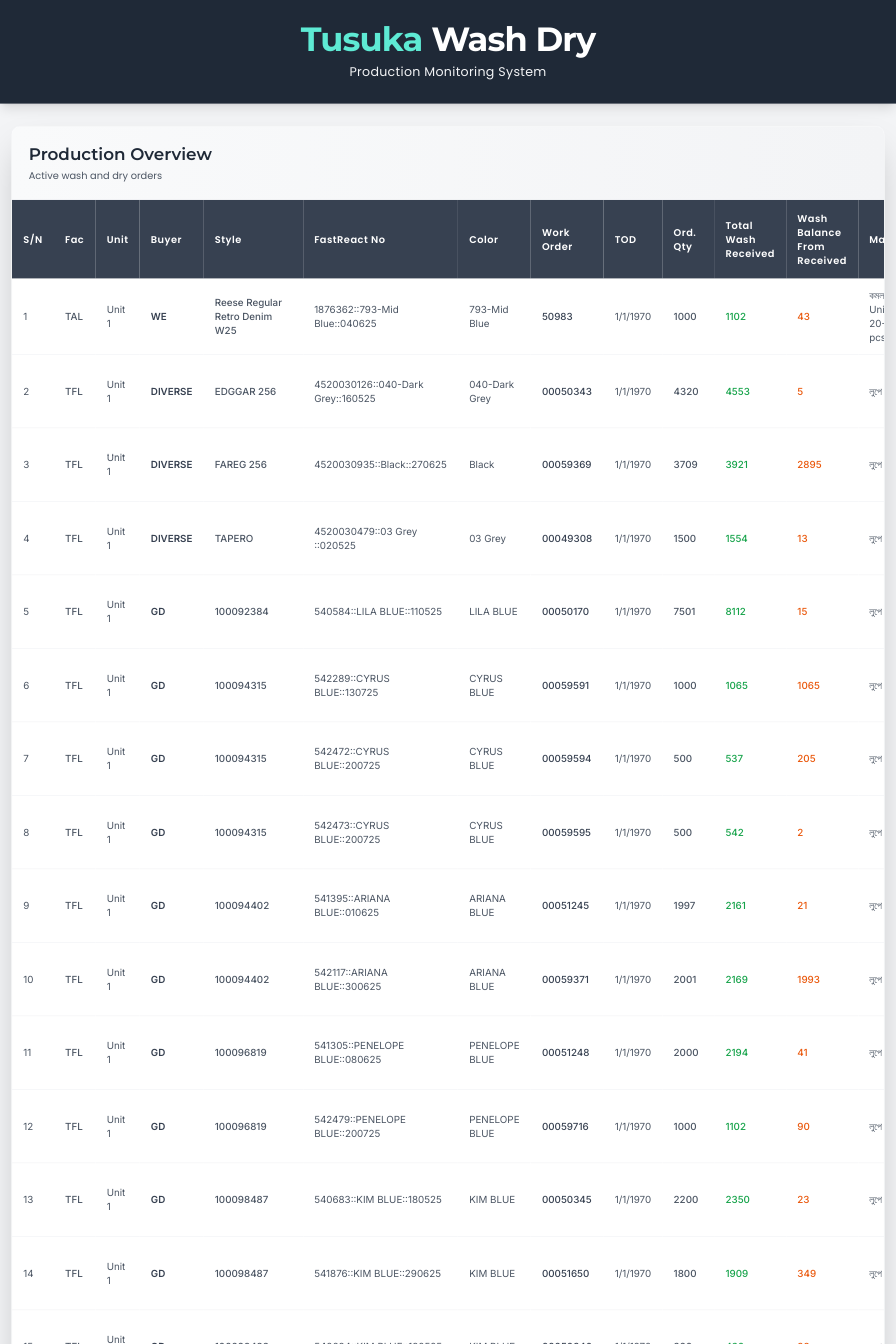
Repository: AhmedMuktadir14218/TusukaDryWash
Page: 1st Wash/index.html
An editor plug-in stored every save of this project. The page is shown before and after the next save, followed by the edit.
The browser window is 1280 px wide. The pictures show the part of the page from y = 0 to 1920 px (the page is 4127 px tall), at 70% of full size.
Some web libraries are served in a nearby version.

Above is the page before, as saved 2025-07-01 12:00:28.

### 1st Wash/index.html
<!DOCTYPE html>
<html lang="en">
<head>
    <meta charset="UTF-8" />
    <meta name="viewport" content="width=device-width, initial-scale=1.0"/>
    <title>Tusuka Wash Dry</title>
    <script src="https://cdn.tailwindcss.com"></script>
    <link href="https://fonts.googleapis.com/css2?family=Inter:wght@300;400;500;600;700&family=Poppins:wght@400;500;600;700&family=Montserrat:wght@400;500;600;700&display=swap" rel="stylesheet">
    <script src="https://cdn.jsdelivr.net/npm/qrious@4.0.2/dist/qrious.min.js"></script>

    <style>
        /* Custom Typography Classes */
        .font-poppins {
            font-family: 'Poppins', sans-serif;
        }
        .font-inter {
            font-family: 'Inter', sans-serif;
        }
        .font-montserrat {
            font-family: 'Montserrat', sans-serif;
        }

        /* Custom shadow for a more premium feel */
        .shadow-3xl {
            box-shadow: 0 25px 50px -12px rgba(0, 0, 0, 0.25), 0 0 15px rgba(0, 0, 0, 0.08);
        }

        /* Custom scrollbar for better aesthetics */
        .custom-scrollbar::-webkit-scrollbar {
            width: 8px;
        }
        .custom-scrollbar::-webkit-scrollbar-track {
            background: #f1f5f9; /* gray-100 */
            border-radius: 10px;
        }
        .custom-scrollbar::-webkit-scrollbar-thumb {
            background: #cbd5e1; /* gray-400 */
            border-radius: 10px;
        }
        .custom-scrollbar::-webkit-scrollbar-thumb:hover {
            background: #94a3b8; /* gray-500 */
        }

        /* For the checkered pattern on cells as seen in the image */
        .checkered-bg {
            background-image: linear-gradient(45deg, #f0f0f0 25%, transparent 25%, transparent 75%, #f0f0f0 75%, #f0f0f0),
                              linear-gradient(45deg, #f0f0f0 25%, transparent 25%, transparent 75%, #f0f0f0 75%, #f0f0f0);
            background-size: 10px 10px;
            background-position: 0 0, 5px 5px;
        }
    </style>
</head>
<body class="bg-gray-100 text-gray-900 font-inter">
    <div class="bg-gray-800 shadow-lg py-8 mb-8">
        <h1 class="text-5xl font-bold text-center text-white font-montserrat tracking-tight">
            <span class="text-teal-300">Tusuka</span> Wash Dry
        </h1>
        <p class="text-center text-gray-100 mt-2 font-poppins text-lg tracking-wide">Production Monitoring System</p>
    </div>

    <div class="container mx-auto px-4 mb-8">
        <div class="bg-white shadow-2xl rounded-xl overflow-hidden border border-gray-100">
            <div class="p-6 border-b border-gray-200 bg-gradient-to-r from-gray-50 to-gray-100">
                <h2 class="text-2xl font-semibold text-gray-800 font-montserrat">Production Overview</h2>
                <p class="text-sm text-gray-600 font-poppins mt-1">Active wash and dry orders</p>
            </div>

            <div class="overflow-x-auto custom-scrollbar">
                <table class="min-w-full table-auto text-sm">
                    <thead>
                        <tr class="bg-gray-700 text-white font-poppins">
                            <th class="px-4 py-4 font-semibold text-left tracking-wider">S/N</th>
                            <th class="px-4 py-4 font-semibold text-left tracking-wider">Fac</th>
                            <th class="px-4 py-4 font-semibold text-left tracking-wider">Unit</th>
                            <th class="px-4 py-4 font-semibold text-left tracking-wider">Buyer</th>
                            <th class="px-4 py-4 font-semibold text-left tracking-wider">Style</th>
                            <th class="px-4 py-4 font-semibold text-left tracking-wider">FastReact No</th>
                            <th class="px-4 py-4 font-semibold text-left tracking-wider">Color</th>
                            <th class="px-4 py-4 font-semibold text-left tracking-wider">Work Order</th>
                            <th class="px-4 py-4 font-semibold text-left tracking-wider">TOD</th>
                            <th class="px-4 py-4 font-semibold text-left tracking-wider">Ord. Qty</th>
                            <th class="px-4 py-4 font-semibold text-left tracking-wider">Total Wash Received</th>
                            <th class="px-4 py-4 font-semibold text-left tracking-wider">Wash Balance From Received</th>
                            <th class="px-4 py-4 font-semibold text-left tracking-wider">Marks</th>
                            <th class="px-4 py-4 font-semibold text-left tracking-wider">1st Wash Qty</th>
                            <th class="px-4 py-4 font-semibold text-left tracking-wider">Action</th>
                        </tr>
                    </thead>

                    <tbody class="divide-y divide-gray-100 font-inter" id="productionTableBody">

                    </tbody>

                </table>
            </div>

            <div class="bg-gradient-to-r from-gray-50 to-gray-100 px-6 py-4 border-t border-gray-200">
                <div class="flex justify-between items-center">
                    <p class="text-sm text-gray-600 font-poppins">Showing 1 to 6 of 6 entries</p>
                    <div class="flex space-x-2 font-poppins">
                        <button class="px-5 py-2 border border-gray-200 rounded-lg text-gray-600 hover:bg-gray-50 transition-colors duration-200 font-medium">
                            Previous
                        </button>
                        <button class="px-5 py-2 border border-gray-200 rounded-lg text-gray-600 hover:bg-gray-50 transition-colors duration-200 font-medium">
                            Next
                        </button>
                    </div>
                </div>
            </div>
        </div>
    </div>

    <div id="batchCardModal" class="fixed inset-0 bg-gray-900 bg-opacity-75 flex items-center justify-center z-50 hidden transition-opacity duration-300 ease-out opacity-0">
        <div class="bg-white rounded-xl shadow-3xl max-w-3xl w-full m-4 transform scale-95 transition-transform duration-300 ease-out overflow-hidden">
            <div class="bg-gray-800 text-white p-6 flex justify-between items-center">
                <h3 class="text-2xl font-bold font-montserrat tracking-wide">Batch Card For 1st Wash</h3>
                <button id="closeBatchModal" class="text-gray-100 hover:text-white transition-colors duration-200 focus:outline-none focus:ring-2 focus:ring-gray-300 rounded-full p-1">
                    <svg class="w-7 h-7" fill="none" stroke="currentColor" viewBox="0 0 24 24" xmlns="http://www.w3.org/2000/svg"><path stroke-linecap="round" stroke-linejoin="round" stroke-width="2" d="M6 18L18 6M6 6l12 12"></path></svg>
                </button>
            </div>

            <div class="p-8 custom-scrollbar max-h-[80vh] overflow-y-auto">
                <div class="border border-gray-300 grid grid-cols-1 md:grid-cols-2">
                    <div class="grid grid-cols-2 border-b md:border-b-0 md:border-r border-gray-300">
                        <div class="border-r border-b border-gray-300 p-2 text-sm font-semibold text-gray-700">Work Order</div>
                        <div class="border-b border-gray-300 p-2 text-sm text-gray-700 font-medium" id="modalBatchWorkOrder"></div>

                        <div class="border-r border-b border-gray-300 p-2 text-sm font-semibold text-gray-700">Style</div>
                        <div class="border-b border-gray-300 p-2 text-sm text-gray-800 font-medium" id="modalBatchStyle"></div>

                        <div class="border-r border-gray-300 p-2 text-sm font-semibold text-gray-700">PO</div>
                        <div class="p-2 text-sm text-gray-800 font-medium" id="modalBatchPO"></div>
                    </div>

                    <div class="grid grid-cols-2">
                        <div class="border-r border-b border-gray-300 p-2 text-sm font-semibold text-gray-700">QR Code</div>
                        <div class="border-b border-gray-300 p-2 text-sm text-gray-800 font-medium flex justify-center items-center">
                            <canvas id="qrCodeCanvas" class="w-30 h-30"></canvas>
                        </div>
                        <div class="border-r border-gray-300 p-2 text-sm font-semibold text-gray-700">Process Step</div>
                        <div class="p-2 text-sm text-gray-800 font-medium">1st Wash</div>
                    </div>
                </div>

                <div class="border border-gray-300 mt-6">
                    <div class="grid grid-cols-3">
                        <div class="border-r border-b border-gray-300 p-2 text-sm font-semibold text-gray-700">Batch No</div>
                        <div class="border-r border-b border-gray-300 p-2 text-sm font-semibold text-gray-700">Batch Qty</div>
                        <div class="border-b border-gray-300 p-2 text-sm font-semibold text-gray-700">Batch Weight</div>
                    </div>
                    <div class="grid grid-cols-3">
                        <div class="border-r border-gray-300 p-2 text-sm text-gray-800 font-medium" id="modalBatchNo">1</div>
                        <div class="border-r border-gray-300 p-2 text-center">
                            <input type="number" id="batchQtyInput" placeholder="input Qty"
                                class="w-full border border-gray-300 rounded-md px-2 py-1 text-center text-gray-800
                                       focus:ring-gray-600 focus:border-gray-600 transition-colors duration-200">
                        </div>
                        <div class="p-2 text-center">
                            <input type="number" id="batchWeightInput" placeholder="input Weight"
                                class="w-full border border-gray-300 rounded-md px-2 py-1 text-center text-gray-800
                                       focus:ring-gray-600 focus:border-gray-600 transition-colors duration-200">
                        </div>
                    </div>
                </div>

                <div class="mt-6 border border-gray-300 rounded-lg overflow-hidden">
                    <div class="bg-gray-100 p-3 text-lg font-semibold text-gray-800 border-b border-gray-200 text-center font-montserrat">Process List</div>
                    <div class="p-4 grid grid-cols-2 md:grid-cols-4 gap-4 text-gray-800 font-inter">
                        <label class="flex items-center">
                            <input type="checkbox" name="batchProcess" value="Process 1" class="form-checkbox h-5 w-5 text-gray-600 rounded-sm focus:ring-gray-500 border-gray-300">
                            <span class="ml-2">Process 1</span>
                        </label>
                        <label class="flex items-center">
                            <input type="checkbox" name="batchProcess" value="Process 2" class="form-checkbox h-5 w-5 text-gray-600 rounded-sm focus:ring-gray-500 border-gray-300">
                            <span class="ml-2">Process 2</span>
                        </label>
                        <label class="flex items-center">
                            <input type="checkbox" name="batchProcess" value="Process 3" class="form-checkbox h-5 w-5 text-gray-600 rounded-sm focus:ring-gray-500 border-gray-300">
                            <span class="ml-2">Process 3</span>
                        </label>
                        <label class="flex items-center">
                            <input type="checkbox" name="batchProcess" value="Process 4" class="form-checkbox h-5 w-5 text-gray-600 rounded-sm focus:ring-gray-500 border-gray-300">
                            <span class="ml-2">Process 4</span>
                        </label>
                        <label class="flex items-center">
                            <input type="checkbox" name="batchProcess" value="Process 5" class="form-checkbox h-5 w-5 text-gray-600 rounded-sm focus:ring-gray-500 border-gray-300">
                            <span class="ml-2">Process 5</span>
                        </label>
                        <label class="flex items-center">
                            <input type="checkbox" name="batchProcess" value="Process 6" class="form-checkbox h-5 w-5 text-gray-600 rounded-sm focus:ring-gray-500 border-gray-300">
                            <span class="ml-2">Process 6</span>
                        </label>
                        <label class="flex items-center">
                            <input type="checkbox" name="batchProcess" value="Process 7" class="form-checkbox h-5 w-5 text-gray-600 rounded-sm focus:ring-gray-500 border-gray-300">
                            <span class="ml-2">Process 7</span>
                        </label>
                        <label class="flex items-center">
                            <input type="checkbox" name="batchProcess" value="Process 8" class="form-checkbox h-5 w-5 text-gray-600 rounded-sm focus:ring-gray-500 border-gray-300">
                            <span class="ml-2">Process 8</span>
                        </label>
                        <label class="flex items-center">
                            <input type="checkbox" name="batchProcess" value="Process 9" class="form-checkbox h-5 w-5 text-gray-600 rounded-sm focus:ring-gray-500 border-gray-300">
                            <span class="ml-2">Process 9</span>
                        </label>
                        <label class="flex items-center">
                            <input type="checkbox" name="batchProcess" value="Process 10" class="form-checkbox h-5 w-5 text-gray-600 rounded-sm focus:ring-gray-500 border-gray-300">
                            <span class="ml-2">Process 10</span>
                        </label>
                        <label class="flex items-center">
                            <input type="checkbox" name="batchProcess" value="Process 11" class="form-checkbox h-5 w-5 text-gray-600 rounded-sm focus:ring-gray-500 border-gray-300">
                            <span class="ml-2">Process 11</span>
                        </label>
                        <label class="flex items-center">
                            <input type="checkbox" name="batchProcess" value="Process 12" class="form-checkbox h-5 w-5 text-gray-600 rounded-sm focus:ring-gray-500 border-gray-300">
                            <span class="ml-2">Process 12</span>
                        </label>
                        <label class="flex items-center">
                            <input type="checkbox" name="batchProcess" value="Process 13" class="form-checkbox h-5 w-5 text-gray-600 rounded-sm focus:ring-gray-500 border-gray-300">
                            <span class="ml-2">Process 13</span>
                        </label>
                        <label class="flex items-center">
                            <input type="checkbox" name="batchProcess" value="Process 14" class="form-checkbox h-5 w-5 text-gray-600 rounded-sm focus:ring-gray-500 border-gray-300">
                            <span class="ml-2">Process 14</span>
                        </label>
                        <label class="flex items-center">
                            <input type="checkbox" name="batchProcess" value="Process 15" class="form-checkbox h-5 w-5 text-gray-600 rounded-sm focus:ring-gray-500 border-gray-300">
                            <span class="ml-2">Process 15</span>
                        </label>
                        <label class="flex items-center">
                            <input type="checkbox" name="batchProcess" value="Process 16" class="form-checkbox h-5 w-5 text-gray-600 rounded-sm focus:ring-gray-500 border-gray-300">
                            <span class="ml-2">Process 16</span>
                        </label>
                        <label class="flex items-center">
                            <input type="checkbox" name="batchProcess" value="Process 17" class="form-checkbox h-5 w-5 text-gray-600 rounded-sm focus:ring-gray-500 border-gray-300">
                            <span class="ml-2">Process 17</span>
                        </label>
                        <label class="flex items-center">
                            <input type="checkbox" name="batchProcess" value="Process 18" class="form-checkbox h-5 w-5 text-gray-600 rounded-sm focus:ring-gray-500 border-gray-300">
                            <span class="ml-2">Process 18</span>
                        </label>
                        <label class="flex items-center">
                            <input type="checkbox" name="batchProcess" value="Process 19" class="form-checkbox h-5 w-5 text-gray-600 rounded-sm focus:ring-gray-500 border-gray-300">
                            <span class="ml-2">Process 19</span>
                        </label>
                    </div>
                </div>
            </div>

            <div class="bg-gray-100 px-8 py-5 border-t border-gray-200 flex justify-end">
                <button type="submit" id="saveBatchData" class="bg-green-600 hover:bg-green-700 text-white font-bold py-3 px-8 rounded-lg shadow-lg hover:shadow-xl transition-all duration-200 transform hover:-translate-y-0.5 flex items-center">
                    <svg class="w-5 h-5 mr-2" fill="none" stroke="currentColor" viewBox="0 0 24 24" xmlns="http://www.w3.org/2000/svg"><path stroke-linecap="round" stroke-linejoin="round" stroke-width="2" d="M5 13l4 4L19 7"></path></svg>
                    Confirm & Save
                </button>
            </div>
        </div>
    </div>

 <script src="script.js"></script>
</body>
</html>

Loaded but not shown: 1st Wash/dataTable.json (571 lines, source omitted); 1st Wash/script.js (199 lines, source omitted)

After the next save:
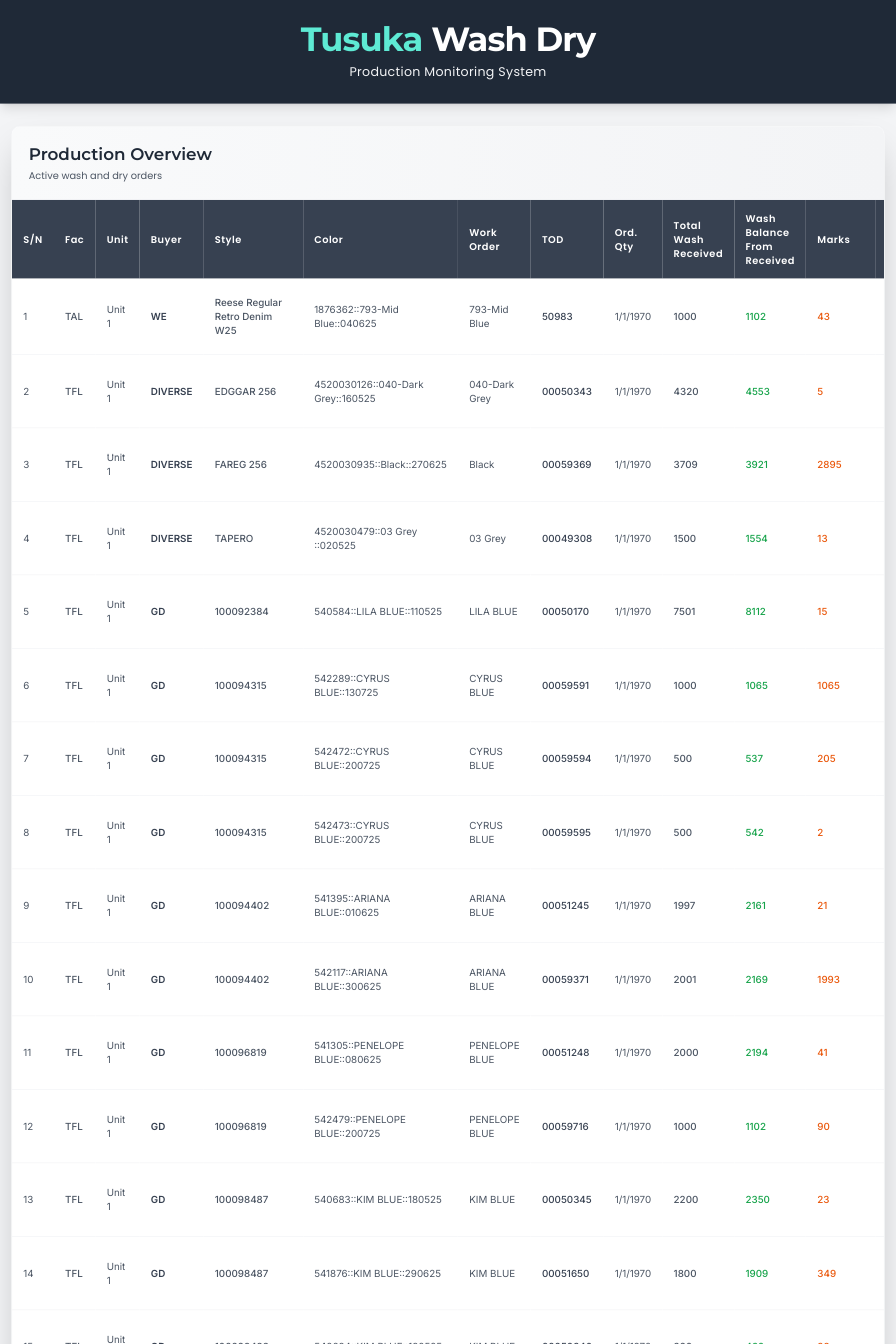
Saved 101 s later.
--- a/1st Wash/index.html
+++ b/1st Wash/index.html
@@ -74,7 +74,7 @@
                             <th class="px-4 py-4 font-semibold text-left tracking-wider">Unit</th>
                             <th class="px-4 py-4 font-semibold text-left tracking-wider">Buyer</th>
                             <th class="px-4 py-4 font-semibold text-left tracking-wider">Style</th>
-                            <th class="px-4 py-4 font-semibold text-left tracking-wider">FastReact No</th>
+                            <!-- <th class="px-4 py-4 font-semibold text-left tracking-wider">FastReact No</th> -->
                             <th class="px-4 py-4 font-semibold text-left tracking-wider">Color</th>
                             <th class="px-4 py-4 font-semibold text-left tracking-wider">Work Order</th>
                             <th class="px-4 py-4 font-semibold text-left tracking-wider">TOD</th>
